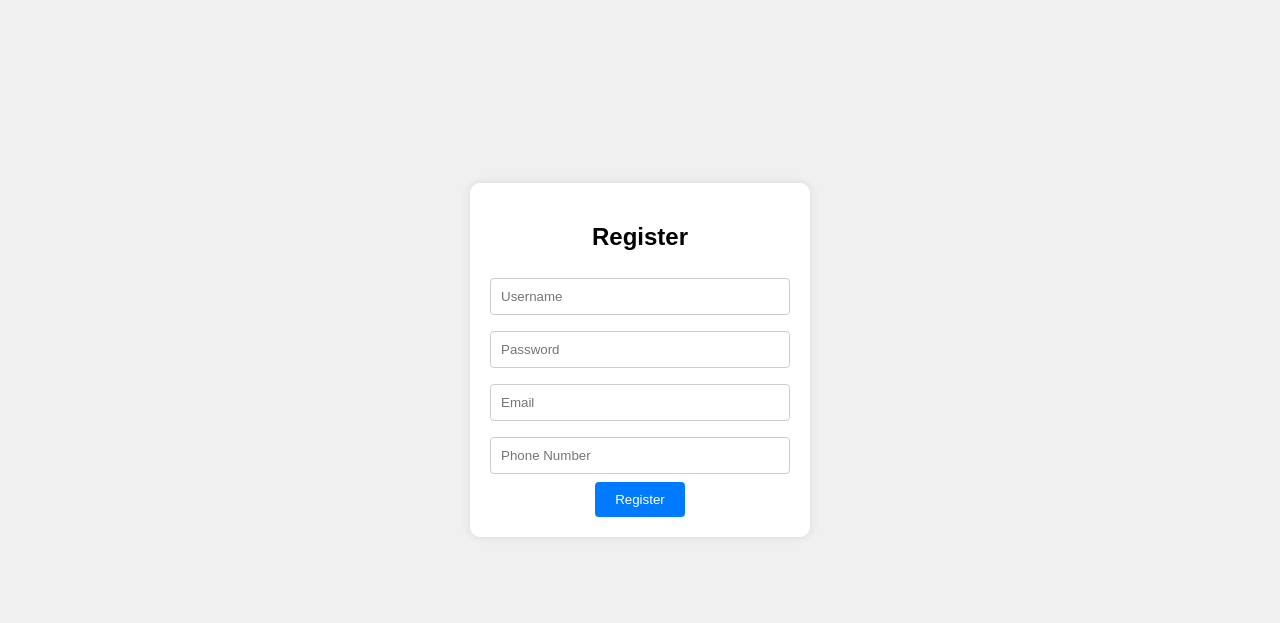
Repository: SonalikaBisoyi/BeautyParlourManagement
Page: http://localhost/BeautyParlourManagement/register.jsp
The author's editor kept a copy of each file at every save. The page is drawn from the files as they stood at one save, then again after the next save.
The browser window is 1280 px wide. The pictures show the whole page.
The page is served by Tomcat 10. Other server files are loaded and not shown.

Above is the page before, as saved 2024-07-03 18:32:03.

### BeautyParlourManagement/src/main/webapp/register.jsp
<%@ page language="java" contentType="text/html; charset=UTF-8" pageEncoding="UTF-8"%>
<!DOCTYPE html>
<html>
<head>
    <meta charset="UTF-8">
    <title>Register - Beauty Parlour Management</title>
    <style>
        body {
            font-family: Arial, sans-serif;
            margin: 0;
            padding: 0;
            display: flex;
            justify-content: center;
            align-items: center;
            height: 100vh;
            background-color: #f0f0f0;
        }
        .container {
            text-align: center;
            background: white;
            padding: 20px;
            border-radius: 10px;
            box-shadow: 0 0 10px rgba(0, 0, 0, 0.1);
            width: 300px;
        }
        input[type="text"], input[type="password"], input[type="email"] {
            width: 100%;
            padding: 10px;
            margin: 8px 0;
            box-sizing: border-box;
            border: 1px solid #ccc;
            border-radius: 4px;
        }
        input[type="submit"] {
            background-color: #007bff;
            color: white;
            padding: 10px 20px;
            border: none;
            border-radius: 4px;
            cursor: pointer;
        }
        input[type="submit"]:hover {
            background-color: #0056b3;
        }
    </style>
</head>
<body>
    <div class="container">
        <h2>Register</h2>
        <form action="${pageContext.request.contextPath}/auth/register" method="POST">
            <input type="text" id="username" name="username" placeholder="Username" required><br>
            <input type="password" id="password" name="password" placeholder="Password" required><br>
            <input type="text" id="email" name="email" placeholder="Email" required><br>
            <input type="text" id="phone" name="phone" placeholder="Phone Number" required><br>
            <input type="submit" value="Register">
        </form>
    </div>
</body>
</html>

After the next save:
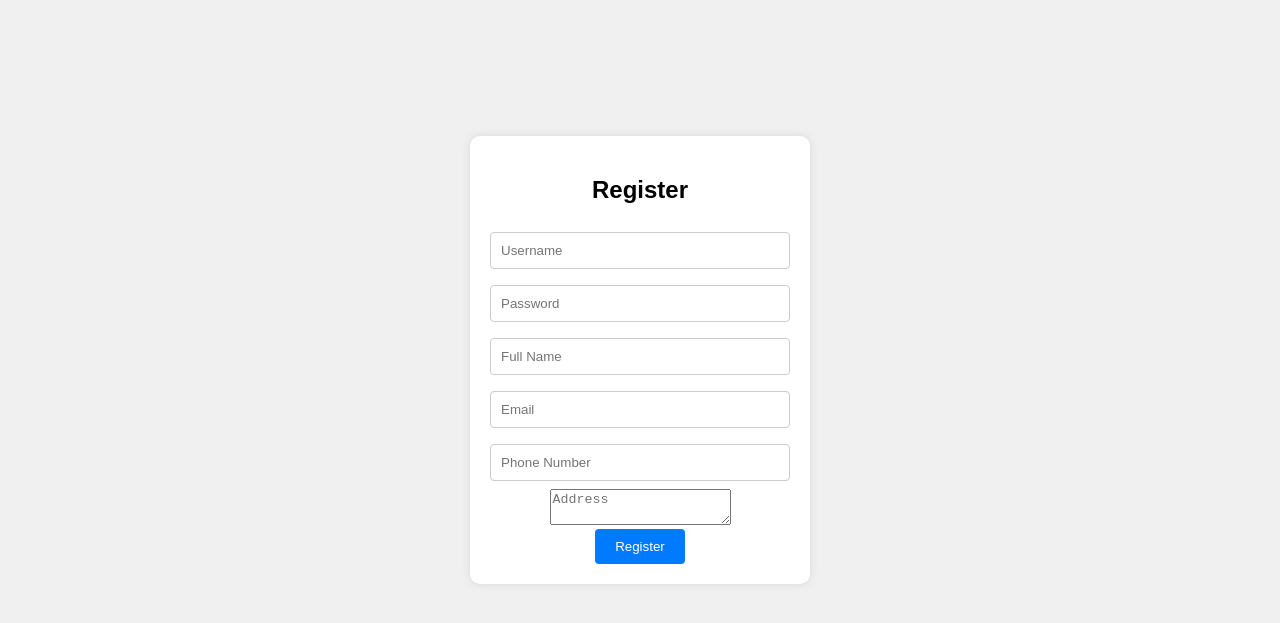
Saved 7 min 56 s later.
--- a/BeautyParlourManagement/src/main/webapp/register.jsp
+++ b/BeautyParlourManagement/src/main/webapp/register.jsp
@@ -50,8 +50,10 @@
         <form action="${pageContext.request.contextPath}/auth/register" method="POST">
             <input type="text" id="username" name="username" placeholder="Username" required><br>
             <input type="password" id="password" name="password" placeholder="Password" required><br>
+            <input type="text" id="fullName" name="fullName" placeholder="Full Name" required><br>
             <input type="text" id="email" name="email" placeholder="Email" required><br>
             <input type="text" id="phone" name="phone" placeholder="Phone Number" required><br>
+            <textarea id="address" name="address" placeholder="Address"></textarea><br>
             <input type="submit" value="Register">
         </form>
     </div>
